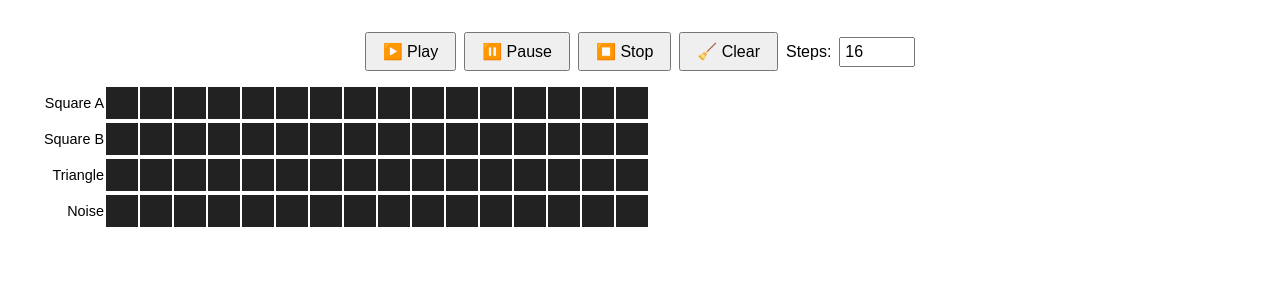
Repository: Aldentec/8-bit-Composer
Page: index.html
The author's editor kept a copy of each file at every save. The page is drawn from the files as they stood at one save, then again after the next save.
The browser window is 1280 px wide. The pictures show the whole page.
Some web libraries are served in a nearby version.

Above is the page before, as saved 2025-05-28 08:52:39.

### index.html
<!DOCTYPE html>
<html lang="en">
<head>
  <meta charset="UTF-8">
  <title>Modular 8-Bit Sequencer</title>
  <link rel="stylesheet" href="style.css">
</head>
<body>
    <div id="controls">
        <button id="play">▶️ Play</button>
        <button id="pause">⏸️ Pause</button>
        <button id="stop">⏹️ Stop</button>
        <button id="clear">🧹 Clear</button>

        <label for="steps-input">Steps:</label>
        <input id="steps-input" type="number" min="1" value="16" style="width:4rem;">
    </div>


  <div id="grid"></div>

  <!-- Tone.js as global, then our modules -->
  <script src="node_modules/tone/build/Tone.js"></script>
  <script type="module" src="js/main.js"></script>
</body>
</html>

### style.css
body {
  font-family: sans-serif;
  margin: 2rem;
  text-align: center;
}

#grid {
  display: flex;
  flex-direction: column;
  gap: 4px;
  margin-top: 1rem;

  /* enable horizontal scrolling when rows get wider than the viewport */
  overflow-x: auto;
  padding-bottom: 0.5rem;
}


/* 2) Each row is itself a grid: [label][cell×16] */
.grid-row {
  display: grid;
  grid-template-columns: 4.5rem repeat(16, 2rem);
  gap: 2px;
  align-items: center;
}

/* 3) Label column styling */
.row-label {
  text-align: right;
  font-size: 0.9rem;
  user-select: none;
}

/* 4) Your cell styles */
.cell {
  width: 2rem;
  height: 2rem;
  background: #222;
  cursor: pointer;
}
.cell.active {
  background: #4caf50;
}

/* 5) Play button */
button {
  padding: 0.5rem 1rem;
  font-size: 1rem;
}

#controls {
  display: flex;
  gap: 0.5rem;
  justify-content: center;
  align-items: center;
  margin-bottom: 1rem;
}
#controls input[type="number"] {
  padding: 0.25rem;
  font-size: 1rem;
}

### js/main.js
import { initGrid, clearGrid }               from './grid.js';
import { createVoices }                       from './voices.js';
import { initSequencer, bindPlayButton }      from './sequencer.js';

document.addEventListener('DOMContentLoaded', () => {
  // your instrument names
  const instrumentNames = [
    'Square A', 'Square B', 'Triangle', 'Noise'
  ];

  // grab controls
  const playBtn   = document.getElementById('play');
  const clearBtn  = document.getElementById('clear');
  const stepsInput = document.getElementById('steps-input');

  // keep voices & sequencer in closure
  let voices;

  // function to (re)build the grid + sequencer
  function buildGridAndSequencer(steps) {
    // 1) draw the grid
    initGrid('grid', instrumentNames, steps);

    // 2) (re)create voices
    voices = createVoices();

    // 3) stop & clear any existing schedule
    Tone.Transport.stop();
    Tone.Transport.cancel();

    // 4) init sequencer with new step count
    initSequencer(voices, /* bpm= */ 120);

    // reset play button label
    playBtn.textContent = '▶️ Play';
  }

  // Initial build at 16 steps
  buildGridAndSequencer(Number(stepsInput.value));

  // Wire Play/Pause
  bindPlayButton('play');

  // Wire Clear
  clearBtn.addEventListener('click', () => {
    clearGrid();
    Tone.Transport.position = 0;
  });

  // **New**: when user changes steps, rebuild
  stepsInput.addEventListener('change', () => {
    const newSteps = Math.max(1, Number(stepsInput.value) || 1);
    buildGridAndSequencer(newSteps);
  });
});

### js/grid.js
// these will be set when initGrid runs
export let STEPS = 16;
export let CHANNELS = 0;

// gridState[row][step] = boolean
export let gridState = [];

/**
 * Renders a labeled, scrollable sequencer grid.
 *
 * @param {string} containerId       id of the <div> to fill
 * @param {string[]} instrumentNames names for each row
 * @param {number} steps             number of columns (length of your song)
 */
export function initGrid(containerId, instrumentNames = [], steps = 16) {
  CHANNELS = instrumentNames.length;
  STEPS    = steps;

  // rebuild state
  gridState = Array.from(
    { length: CHANNELS },
    () => Array(STEPS).fill(false)
  );

  const container = document.getElementById(containerId);
  container.innerHTML = '';

  instrumentNames.forEach((name, row) => {
    // row wrapper: label + STEP cells
    const rowEl = document.createElement('div');
    rowEl.className = 'grid-row';
    // dynamically size columns: 4.5rem for the label, then STEPS × 2rem
    rowEl.style.gridTemplateColumns = `4.5rem repeat(${STEPS}, 2rem)`;

    // instrument label
    const label = document.createElement('div');
    label.className = 'row-label';
    label.textContent = name || '';
    rowEl.append(label);

    // sequencer steps
    for (let step = 0; step < STEPS; step++) {
      const cell = document.createElement('div');
      cell.className = 'cell';
      cell.dataset.row  = row;
      cell.dataset.step = step;
      cell.addEventListener('click', () => {
        gridState[row][step] = !gridState[row][step];
        cell.classList.toggle('active', gridState[row][step]);
      });
      rowEl.append(cell);
    }

    container.append(rowEl);
  });
}

/**
 * Clears all active steps in both state and UI.
 */
export function clearGrid() {
  // reset state
  gridState.forEach(rowArr => rowArr.fill(false));

  // reset UI
  document
    .querySelectorAll('.cell.active')
    .forEach(cell => cell.classList.remove('active'));
}

### js/voices.js
/**
 * Returns an array of trigger-functions
 * in the same order as your rows.
 */
export function createVoices() {
  const osc1 = new Tone.Oscillator(440, 'square').toDestination();
  const osc2 = new Tone.Oscillator(330, 'square').toDestination();
  const osc3 = new Tone.Oscillator(220, 'triangle').toDestination();
  const noise = new Tone.NoiseSynth({
    noise:    { type: 'white' },
    envelope: { attack: 0.001, decay: 0.2, sustain: 0 }
  }).toDestination();

  return [
    time => { osc1.start(time); osc1.stop(time + 0.1); },
    time => { osc2.start(time); osc2.stop(time + 0.1); },
    time => { osc3.start(time); osc3.stop(time + 0.1); },
    time => { noise.triggerAttackRelease('16n', time); }
  ];
}

### js/sequencer.js
import { STEPS, gridState } from './grid.js';

export function initSequencer(voices, bpm = 120) {
  let cursor = 0;
  Tone.Transport.bpm.value = bpm;

  Tone.Transport.scheduleRepeat((time) => {
    const step = cursor % STEPS;
    voices.forEach((trigger, row) => {
      if (gridState[row][step]) trigger(time);
    });
    cursor++;
  }, '16n');
}

export function bindPlayButton(buttonId) {
  const btn = document.getElementById(buttonId);
  btn.textContent = '▶️ Play';
  btn.addEventListener('click', async () => {
    await Tone.start();
    if (Tone.Transport.state === 'started') {
      Tone.Transport.stop();
      btn.textContent = '▶️ Play';
    } else {
      Tone.Transport.start();
      btn.textContent = '⏸️ Pause';
    }
  });
}

After the next save:
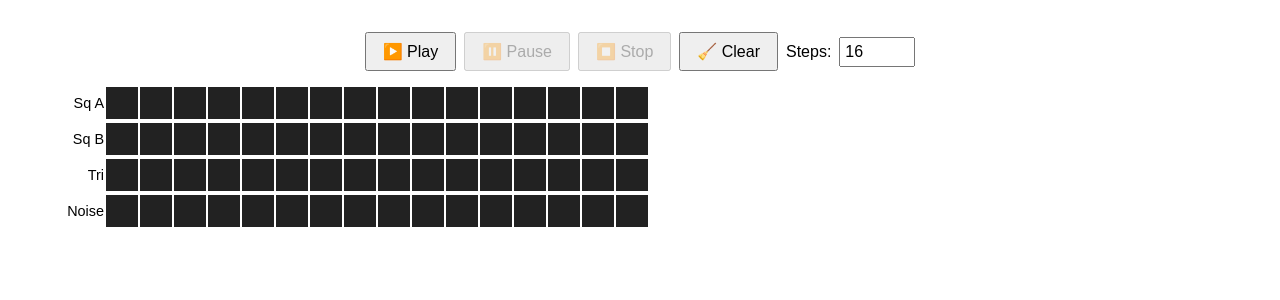
Saved 26 s later.
--- a/js/main.js
+++ b/js/main.js
@@ -1,55 +1,89 @@
-import { initGrid, clearGrid }               from './grid.js';
-import { createVoices }                       from './voices.js';
-import { initSequencer, bindPlayButton }      from './sequencer.js';
+import { initGrid, clearGrid }            from './grid.js';
+import { createVoices }                   from './voices.js';
+import { initSequencer }                  from './sequencer.js';
 
 document.addEventListener('DOMContentLoaded', () => {
-  // your instrument names
-  const instrumentNames = [
-    'Square A', 'Square B', 'Triangle', 'Noise'
-  ];
+  const instrumentNames = ['Sq A','Sq B','Tri','Noise'];
 
-  // grab controls
+  // Control elements
   const playBtn   = document.getElementById('play');
+  const pauseBtn  = document.getElementById('pause');
+  const stopBtn   = document.getElementById('stop');
   const clearBtn  = document.getElementById('clear');
-  const stepsInput = document.getElementById('steps-input');
+  const stepsIn   = document.getElementById('steps-input');
 
-  // keep voices & sequencer in closure
-  let voices;
+  let voices;  // will hold our trigger fns
 
-  // function to (re)build the grid + sequencer
-  function buildGridAndSequencer(steps) {
-    // 1) draw the grid
+  // Build or rebuild everything
+  function build(steps) {
+    // 1) Draw grid
     initGrid('grid', instrumentNames, steps);
 
-    // 2) (re)create voices
+    // 2) Build voices
     voices = createVoices();
 
-    // 3) stop & clear any existing schedule
+    // 3) Cancel previous schedules & reset
     Tone.Transport.stop();
     Tone.Transport.cancel();
+    Tone.Transport.position = 0;
 
-    // 4) init sequencer with new step count
-    initSequencer(voices, /* bpm= */ 120);
+    // 4) Init sequencer
+    initSequencer(voices, /* bpm= */120);
 
-    // reset play button label
-    playBtn.textContent = '▶️ Play';
+    // 5) Reset button states
+    playBtn.disabled = false;
+    pauseBtn.disabled = true;
+    stopBtn.disabled  = true;
   }
 
-  // Initial build at 16 steps
-  buildGridAndSequencer(Number(stepsInput.value));
+  // Initial build at default steps
+  build(Number(stepsIn.value));
 
-  // Wire Play/Pause
-  bindPlayButton('play');
+  // ▶️ Play: always start from beginning
+  playBtn.addEventListener('click', async () => {
+    await Tone.start();
+    Tone.Transport.stop();
+    Tone.Transport.position = 0;
+    Tone.Transport.start();
 
-  // Wire Clear
+    playBtn.disabled  = true;
+    pauseBtn.disabled = false;
+    stopBtn.disabled  = false;
+  });
+
+  // ⏸️ Pause: freeze at current position
+  pauseBtn.addEventListener('click', () => {
+    Tone.Transport.pause();
+
+    playBtn.disabled  = false; // allow resume from start
+    pauseBtn.disabled = true;
+    stopBtn.disabled  = false;
+  });
+
+  // ⏹️ Stop: stop & reset to 0
+  stopBtn.addEventListener('click', () => {
+    Tone.Transport.stop();
+    Tone.Transport.position = 0;
+
+    playBtn.disabled  = false;
+    pauseBtn.disabled = true;
+    stopBtn.disabled  = true;
+  });
+
+  // 🧹 Clear: reset grid and playhead
   clearBtn.addEventListener('click', () => {
     clearGrid();
+    Tone.Transport.stop();
     Tone.Transport.position = 0;
+
+    playBtn.disabled  = false;
+    pauseBtn.disabled = true;
+    stopBtn.disabled  = true;
   });
 
-  // **New**: when user changes steps, rebuild
-  stepsInput.addEventListener('change', () => {
-    const newSteps = Math.max(1, Number(stepsInput.value) || 1);
-    buildGridAndSequencer(newSteps);
+  // 🔢 Steps input: rebuild on change
+  stepsIn.addEventListener('change', () => {
+    const s = Math.max(1, Number(stepsIn.value) || 1);
+    build(s);
   });
 });
